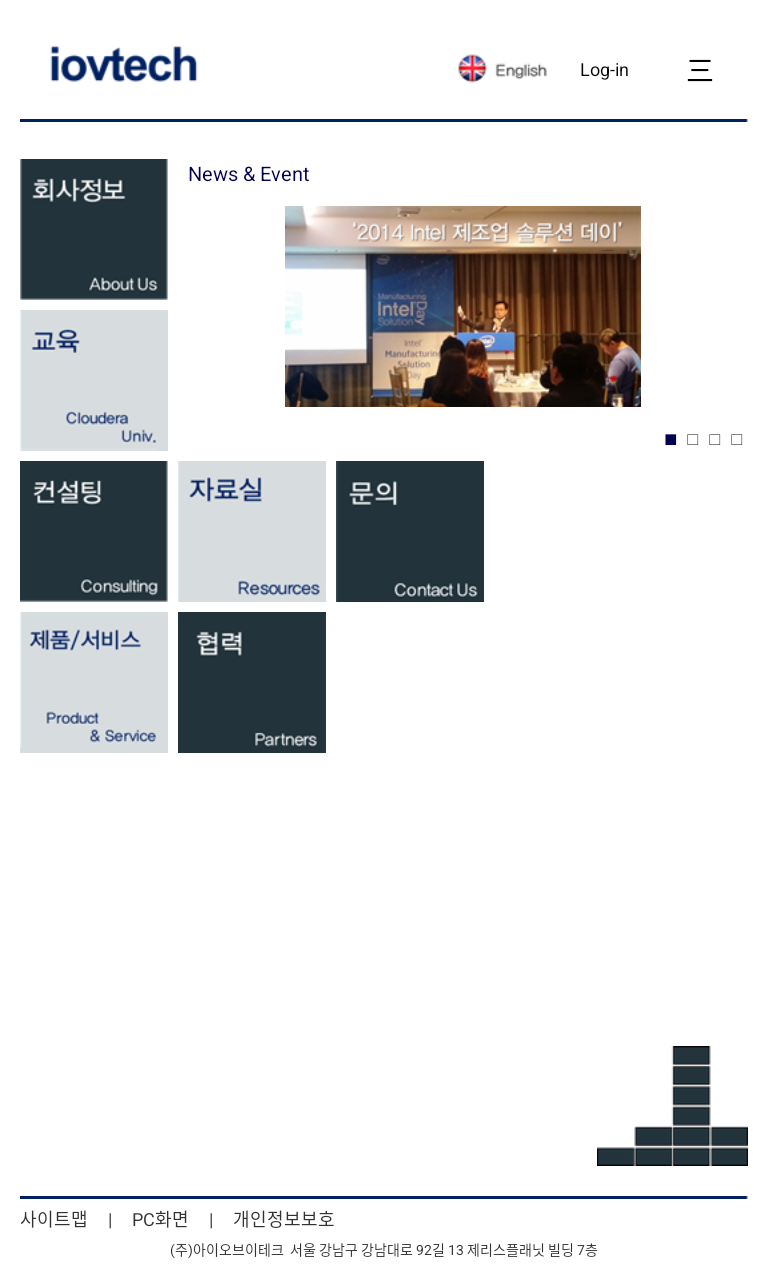
Repository: hyekkyung/CDH_Tutorials
Layout: Mobile_IOV/res/layout/m_main_kor.xml
An editor plug-in stored every save of this project. The layout is shown before and after the next save, followed by the edit.
It is drawn on a 768 x 1280 px phone screen (xhdpi) without system bars, with theme AppTheme; the app's code is not run.

Above is the layout before, as saved 2015-02-02 05:53:32.

After the next save:
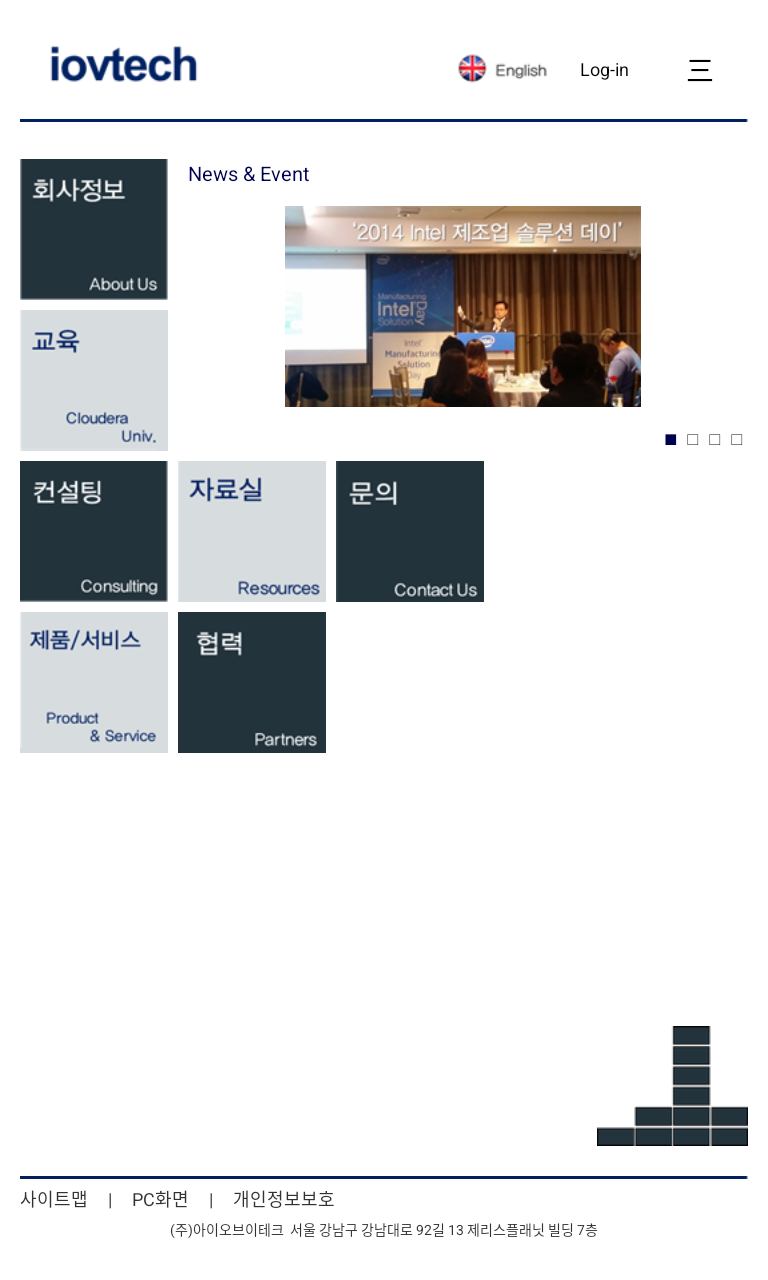
Saved 20 s later.
--- a/Mobile_IOV/res/layout/m_main_kor.xml
+++ b/Mobile_IOV/res/layout/m_main_kor.xml
@@ -6,7 +6,7 @@
     android:paddingLeft="10sp"
     android:paddingRight="10sp"
     android:paddingTop="10sp"
-    android:poaddingBottom="10sp"
+    android:paddingBottom="10sp"
     tools:context="iovtech.mobile_iov.M_main" >
 
     <TableRow
